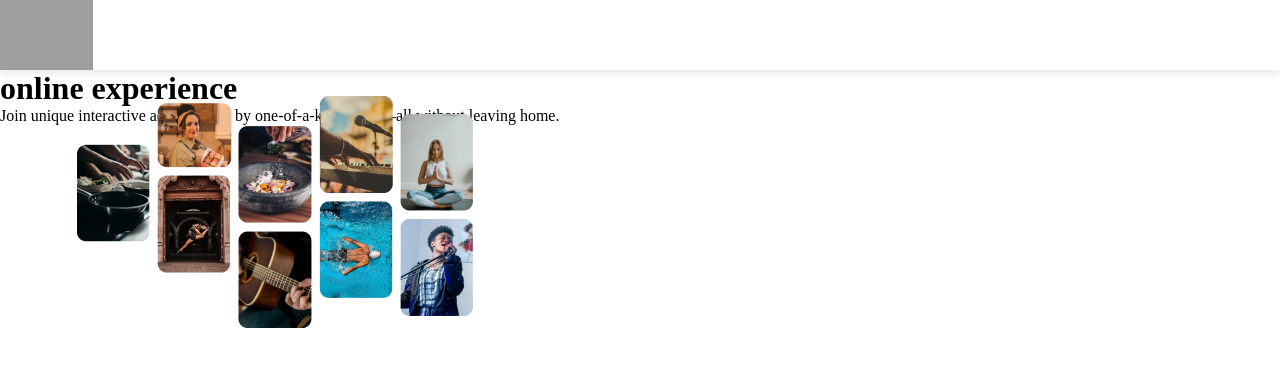
Repository: Richswag009/my-travel-journal
Page: /
The author's editor kept a copy of each file at every save. The page is drawn from the files as they stood at one save, then again after the next save.
The browser window is 1280 px wide. The pictures show the whole page.
Pictures or frames that could not be fetched are drawn as grey boxes. The project was rebuilt for these pictures with package versions that can differ from the ones it lists, and the page was loaded fresh each time.

Above is the page before, as saved 2022-06-16 11:58:33.

### public/index.html
<!DOCTYPE html>
<html lang="en">
  <head>
    <meta charset="utf-8" />
    <link rel="icon" href="%PUBLIC_URL%/favicon.ico" />
    <meta name="viewport" content="width=device-width, initial-scale=1" />
    <meta name="theme-color" content="#000000" />
    <meta name="description"content="Web site created using create-react-app"/>
    <link rel="apple-touch-icon" href="%PUBLIC_URL%/logo192.png" />
    <link rel="manifest" href="%PUBLIC_URL%/manifest.json" />
    <title>React Fact</title>
  </head>
  <body>
    <noscript>You need to enable JavaScript to run this app.</noscript>
    <div id="root"></div>

  </body>
</html>

### src/App.js

import React,{Component} from 'react';
import './App.css';
import Header from './component/Header';
import Hero from './component/Hero';

// import Users from './component/users/Users';
class App extends Component{
  render(){

    return (
      <div className="App">
       <Header/>
       <Hero/>
        </div>
    );
  }
}

export default App;

### src/App.css
*{
    margin: 0;
    padding: 0;
    box-sizing: border-box;
}body{
    margin: 0;
}

nav{
    height: 70px;
    display: flex;
    box-shadow:0px 3px 7.5px rgba(0,0,0,0.1) ;
}.nav-logo{
    max-width: 150px;
}.hero{

}
.hero-image{
    position: absolute;
    width: 395.91px;
    height: 232px;
    left: 77px;
    top: 96px;
    place-items: center;
}.hero>h1{
     height: 40px;
    width: 347px;
    left: 36px;
    top: 360px;
    border-radius: nullpx;

}

### src/component/Header.js
import React, { Component } from 'react'
import logo from '../images/logo.png'
export default class Header extends Component {



    render() {
        return (
            <div>
                <nav>
                < img className='nav-logo' src={logo} alt="" />
                </nav>
            </div>
        )
    }
}

### src/component/Hero.js
import React, { Component } from 'react'
 import Group from '../images/Group-77.png'
export default class Hero extends Component {

    render() {
        return (
            < div className='hero'>
                <img className='hero-image' src={Group} alt="" />
                <div>
                <h1>online experience</h1>
                <p>Join unique interactive activities led by one-of-a-kind hosts—all without leaving home.
                </p>
                </div>
            </div>
        )
    }
}

Loaded but not shown: src/index.js (common file)

After the next save:
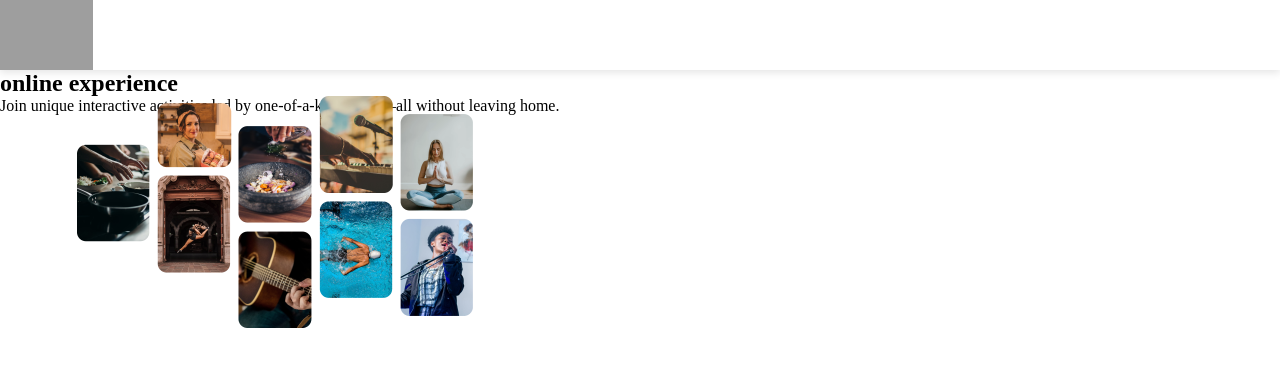
Saved 66 s later.
--- a/src/component/Hero.js
+++ b/src/component/Hero.js
@@ -4,14 +4,14 @@ export default class Hero extends Component {
 
     render() {
         return (
-            < div className='hero'>
+            < section className='hero'>
                 <img className='hero-image' src={Group} alt="" />
                 <div>
                 <h1>online experience</h1>
                 <p>Join unique interactive activities led by one-of-a-kind hosts—all without leaving home.
                 </p>
                 </div>
-            </div>
+            </section>
         )
     }
 }
